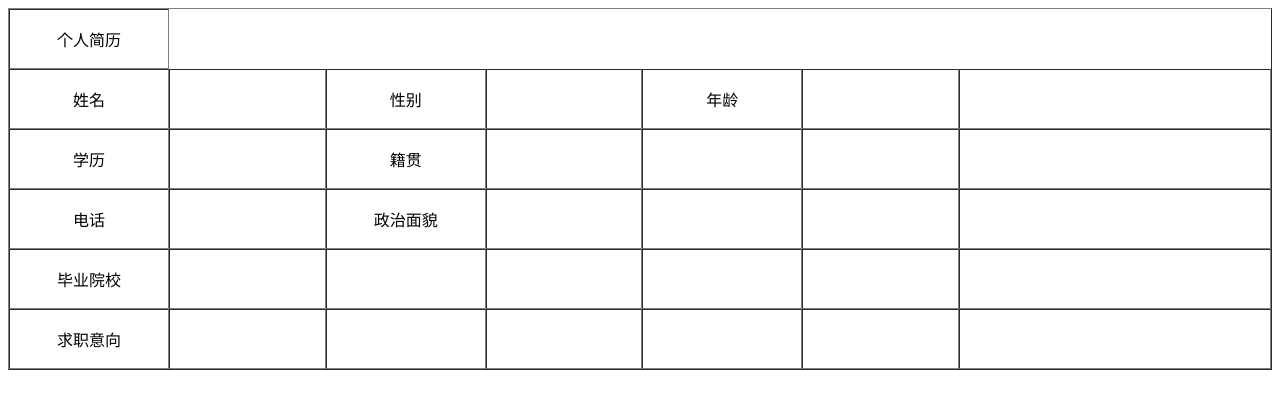
Repository: fixbb/workspace
Page: 007个人简历制作/index.html
The author's editor kept a copy of each file at every save. The page is drawn from the files as they stood at one save, then again after the next save.
The browser window is 1280 px wide. The pictures show the whole page.

Above is the page before, as saved 2021-08-23 16:23:42.

After the next save:
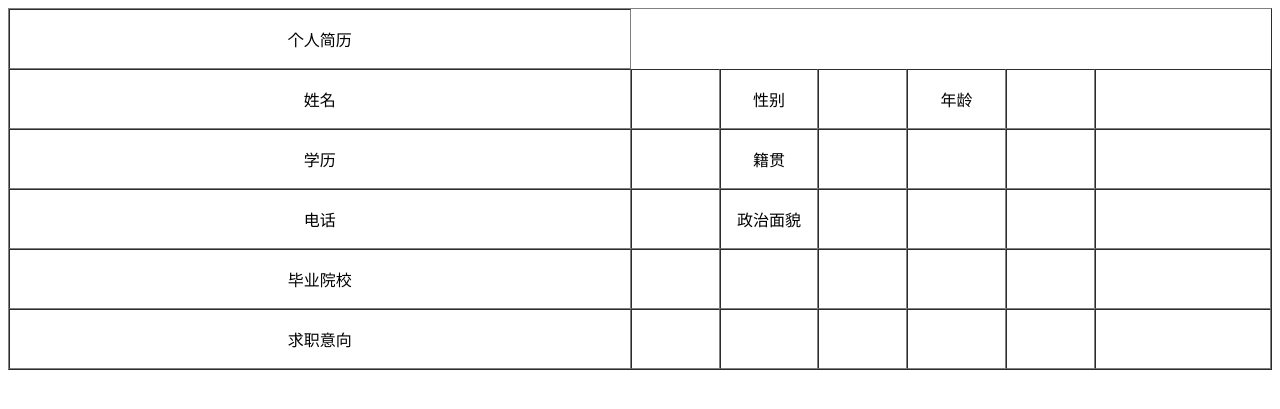
Saved 16 s later.
--- a/007个人简历制作/index.html
+++ b/007个人简历制作/index.html
@@ -18,7 +18,7 @@
         <col width="200px">
         <col width="400px">
         <tr align="center" height="60px">
-            <td>个人简历</td>
+            <td width="1400px">个人简历</td>
         </tr>
         <tr align="center" height="60px">
             <td>姓名</td>

After the save that followed:
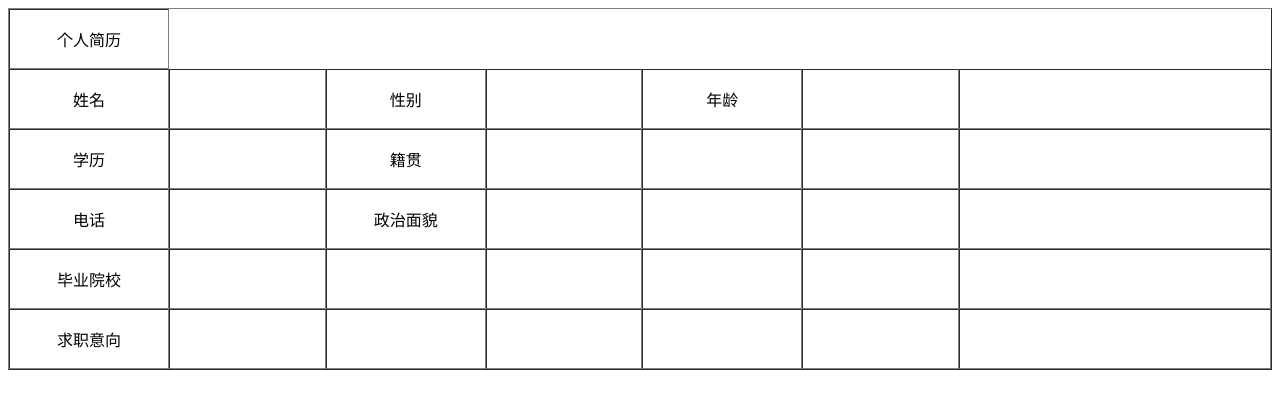
Saved 16 s later.
--- a/007个人简历制作/index.html
+++ b/007个人简历制作/index.html
@@ -17,8 +17,8 @@
         <col width="200px">
         <col width="200px">
         <col width="400px">
-        <tr align="center" height="60px">
-            <td width="1400px">个人简历</td>
+        <tr align="center" height="60px" width="1400px">
+            <td>个人简历</td>
         </tr>
         <tr align="center" height="60px">
             <td>姓名</td>
